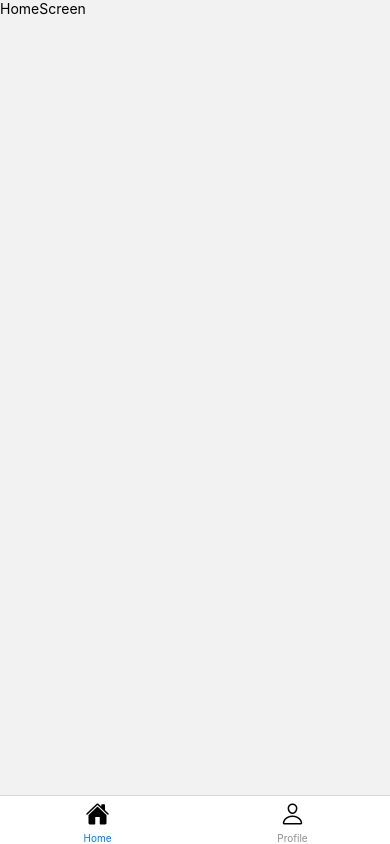
Repository: Deyvid-Kasteh/Spotify_Clone_1.0
Screen: /
The author's editor kept a copy of each file at every save. The screen is drawn from the files as they stood at one save, then again after the next save.
The app was drawn by React Native's web renderer in a window 390 px wide. The project was rebuilt for these pictures with package versions that can differ from the ones it lists, and the page was loaded fresh each time. Also part of the build but not shown: screens/ProfileScreen.js.

Above is the screen before, as saved 2023-07-28 19:23:13.

After the next save:
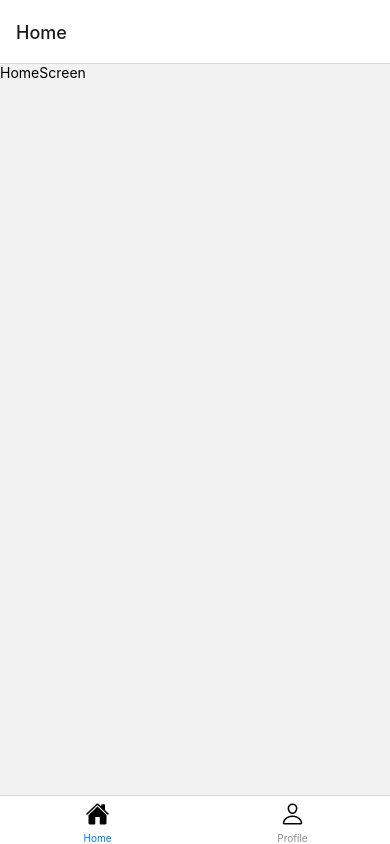
Saved 3 min 57 s later.
--- a/StackNavigator.js
+++ b/StackNavigator.js
@@ -13,7 +13,7 @@ export default function BottomTabs() {
         component={HomeScreen}
         options={{
           tabBarLabel: "Home",
-          headerShown: false,
+          headerShown: true,
           tabBarIcon: ({ focused }) =>
             focused ? (
               <Ionicons name="home" size={24} color="black" />
